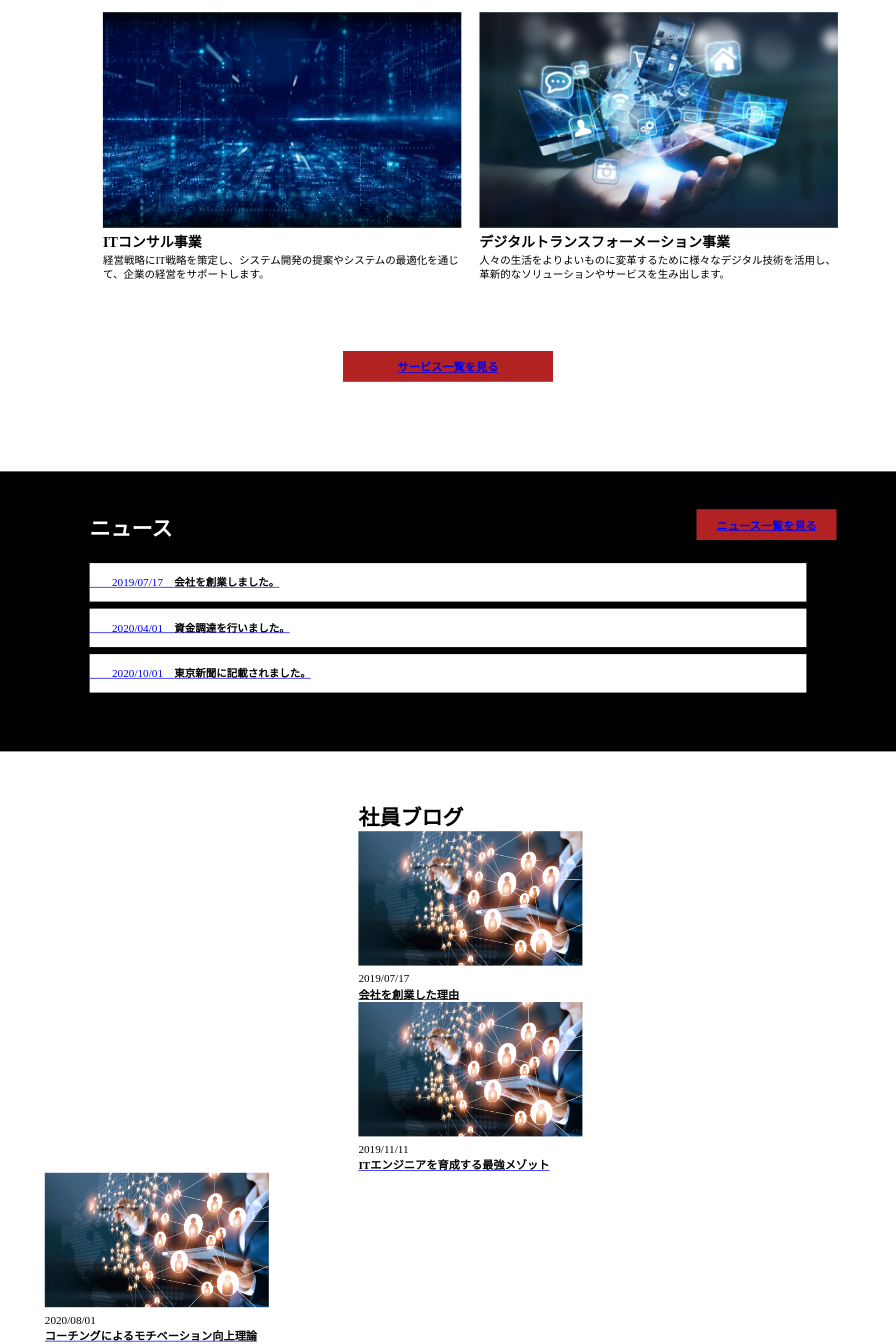
Repository: sigemasaasuka/20211012sigemasa
Page: index.html
The author's editor kept a copy of each file at every save. The page is drawn from the files as they stood at one save, then again after a run of saves.
The browser window is 1280 px wide. The pictures show the part of the page from y = 1338 to 3258 px (the page is 3258 px tall), at 70% of full size.

Above is the page before, as saved 2021-10-19 17:57:10.

### index.html
<!DOCTYPE html>
<html lang="ja">

<head>
  <meta charset="UTF-8">
  <meta name="viewport" content="width=device-width, initial-scale=1.0">
  <title>Document</title>

    <link rel="stylesheet" href="css/reset.css">
    <link rel="stylesheet" href="css/index.css">
</head>
<body>
  <header class="header">
    <div class="header-logo">
      <img class="logo" src="img/logo.png" alt="logo">
    </div>
    <nav class="header-nav">
      <ul class="header-nav-list">
        <li class="header-nav-item"><a href="index.html">ホーム</a></li>
        <li class="header-nav-item"><a href="service.html">事業内容</a></li>
        <li class="header-nav-item"><a href="news.html">ニュース</a></li>
        <li class="header-nav-item"><a href="blog.html">社員ブログ</a></li>
        <li class="header-nav-item"><a href="company.html">会社概要</a></li>
        <li class="header-nav-item"><a href="recruit.html">採用情報</a></li>
        <li class="header-nav-item"><a href="contact.html">お問い合わせ</a></li>
      </ul>
    </nav>
  </header>
  <div class="home">
  <div class="home-photo">
    <div class="home-title">
    <p>最新のテクノロジーで社会課題を解決</p>
      <div class="home-title2">
      <p>Solving　issues　with　the　latest　technology</p>
     </div>
    </div>
    </div>
    </div>
    <div class="home-color">
      <div class="hope">
        <p><br><br>株式会社TECHの想い</p>
        <div class="hope2">
          <p>あらゆる産業において、新たなデジタル技術を使ってこれまでにないビジネスモデルを展開する新規参加者が登場し、ゲームチェンジが起ころうとしています。こうした<br>中で、各企業は、競争力維持・強化のために、DXを迅速に進めていくことが求められています。しかし、DXにおいて投資コストは非常にかかります。株式会社TECHでは<br>独自のオペレーションと人材教育により、他社よりも価格を抑えた開発を行います。</p>
        </div>
      </div>
    </div>
    <div class="service">
      <p>サービス</p>
      </div>
      <div class="png1">
      <div class="service1">
        <img  src="img/service1.png"  alt="service1">
        <div class="it">
        <p>IT人材育成事業</p>
        <div class="it2">
        <p>これまでに培った教育手法を生かして、短期間で即戦力のIT人材を育成します。</p>
        </div>
      </div>
      </div>
      <div class="service2">
      <img  src="img/service2.png" alt="service2">
      <div class="coach">
        <p>コーチング事業</p>
        <div class="coach2">
          <p>目標達成を最短で実現するために、プロのコーチによるマンツーマンのサポートを実施します</p>
        </div>
      </div>
      </div>
      </div>
      <div class="png2">
      <div class="service3">
        <img src="img/service3.png" alt="service3">
        <div class="Consultant">
          <p>ITコンサル事業</p>
          <div class="Consultant2">
            <p>経営戦略にIT戦略を策定し、システム開発の提案やシステムの最適化を通じて、企業の経営をサポートします。</p>
          </div>
        </div>
      </div>
      <div class="service4">
        <img src="img/service4.png" alt="service4">
        <div class="formation">
          <p>デジタルトランスフォーメーション事業</p>
          <div class="formation2">
            <p>人々の生活をよりよいものに変革するために様々なデジタル技術を活用し、革新的なソリューションやサービスを生み出します。</p>
          </div>
        </div>
      </div>
      </div>
      <div class="list">
        <a href="service.html">サービス一覧を見る</a>
      </div>
      <div class="news">
        <div class="nesw-list">
          <div class="news-font">
          <p>ニュース</p></div>
          <div class="news-button">
            <a href="news.html">ニュース一覧を見る</a>
          </div>
        </div>
        <div class="news-info1">
          <a href="index.html">　　2019/07/17　<span class="co">会社を創業しました。</span></a></div>
          <div class="news-info2">
          <a href="index.html">　　2020/04/01　<span class="fund">資金調達を行いました。</span></a></div>
          <div class="news-info3">
          <a href="index.html">　　2020/10/01　<span class="newspaper">東京新聞に記載されました。</span></a></div>
      </div>
      <div class="blog">
        <p>社員ブログ</p>
        </div>
        <div class="reason">
        <div class="reason-png">
          <a href="index.html">
            <img src="img/blog.png" alt="blog">
          </a>
          <p class="reason1">2019/07/17</p>
          <a href="index.html"><p class="reason2">会社を創業した理由</p></a>
        </div>
        </div>
        <div class="nurturing">
        <div class="nurturing-png">
          <a href="index.html">
            <img src="img/blog.png" alt="blog">
          </a>
          <p class="nurturing1">2019/11/11</p>
          <a href="index.html">
            <p class="nurturing2">ITエンジニアを育成する最強メゾット</p>
          </a>
        </div>
      </div>
      <div class="coaching">
        <div class="coaching-png">
        <a href="index.html">
          <img src="img/blog.png" alt="blog">
        </a>
        <p class="coaching1">2020/08/01</p>
        <a href="index.html">
          <p class="coaching2">コーチングによるモチベーション向上理論</p>
        </a>
        </div>
        </div>


<script src="js/main.js"></script>
</body>
</html>

### css/reset.css
@charset "UTF-8";
html, body, div, span, applet, object, iframe,
h1, h2, h3, h4, h5, h6, p, blockquote, pre,
a, abbr, acronym, address, big, cite, code,
del, dfn, em, img, ins, kbd, q, s, samp,
small, strike, strong, sub, sup, tt, var,
b, u, i, center,
dl, dt, dd, ol, ul, li,
fieldset, form, label, legend,
table, caption, tbody, tfoot, thead, tr, th, td,
article, aside, canvas, details, embed,
figure, figcaption, footer, header, hgroup,
menu, nav, output, ruby, section, summary,
time, mark, audio, video {
margin: 0;
padding: 0;
border: none;
font-style: normal;
text-align: left;
zoom: 1;
}
article, aside, details, figcaption, figure,
footer, header, hgroup, menu, nav, section {
display: block;
}
table {
border-collapse: collapse;
font-family: inherit;
}
h1,h2,h3,h4,h5 {
font-size: 100%;
font-weight: normal;
line-height: 1;
}
input,textarea,select {
font-family: inherit;
font-size: 16px;
}
input[type="button"],input[type="text"],input[type="submit"] {
 -webkit-appearance: none;
 border-radius: 0;
}
textarea {
resize: none;
-webkit-appearance: none;
border-radius: 0;
}
th,td {
border-collapse: collapse;
}
table th,table td {
white-space: nowrap;
}
ul,ol {
list-style-type: none;
}
img {
vertical-align: text-bottom;
vertical-align: -webkit-baseline-middle;
max-width: 100%;
height: auto;
width /***/:auto;
}

### css/index.css
.logo {
  text-decoration: none;
  color: inherit;
  width: 50%;
}
.header {
  width: 100%;
  display: flex;
  justify-content: space-between;
  align-items: center;
  height: 70px;
  padding: 0 30px;
  position: fixed;
  box-sizing: border-box;
  background-color: #fff;
  color: #000;
}

.a {
  text-decoration: none;
}

.header-ttl {
  font-size: 24px;
  width: 80px;
}

.header-nav-list {
  display: flex;
  font-weight: bold;
}

.header-nav-item:not(:last-child) {
  margin-right: 30px;
}

.home-photo {
  position: relative;
  padding-top: calc(250 / 683 * 100%); /* calc(画像高さ ÷ 画像横幅 × 100%) */
  background: url(../img/mv.png) center center / cover no-repeat;
}

.home-title {
  display: flex;
  flex-direction: column;
  position: absolute;
  font-size: 50px;
  margin-left: 20%;
  top: 40%;
  font-weight: bolder;
  color: #fff;
}

.home-title2 {
  display: flex;
  position: absolute;
  font-size: 20px;
  margin-top: 45px;
  margin-left: 23%;
  top: 40%;
  font-weight: bold;
  color: #fff;
}

.home-color {
  background-color: #000;
  height: 300px;
}

.hope {
  top: 30%;
  display: flex;
  flex-direction: column;
  font-weight: bolder;
  font-size: 30px;
  margin-left: 10%;
  color: #fff;
}

.hope2 {
  display: flex;
  font-size: 15px;
  margin-top: 20px;
  font-weight: normal;
  color: #fff;
}

.service {
  margin-top: 5%;
  margin-left: 45%;
  font-size: 35px;
  font-weight: bolder;
}

.png1 {
  display: flex;
  justify-content: center;
}

.service1 {
  margin-top: 5%;
  margin-left: 5%;
  width: 40%;
}

.it {
  margin-top: 1%;
  font-size: 20px;
  font-weight: bolder;
}

.it2 {
  font-size: 15px;
  font-weight: normal;
}

.service2 {
  margin-top: 3%;
  margin-left: 2%;
  width: 40%;
}

.coach {
  margin-top: 1%;
  font-size: 20px;
  font-weight: bolder;
}

.coach2 {
  font-size: 15px;
  font-weight: normal;
}

.png2 {
  display: flex;
  justify-content: center;
}

.service3 {
  margin-top: 2%;
  margin-left: 5%;
  width: 40%;
}

.Consultant {
  margin-top: 1%;
  font-size: 20px;
  font-weight: bolder;
}

.Consultant2 {
  font-size: 15px;
  font-weight: normal;
}

.service4 {
  margin-top: 2%;
  margin-left: 2%;
  width: 40%;
}

.formation {
  margin-top: 1%;
  font-size: 20px;
  font-weight: bolder;
}

.formation2 {
  font-size: 15px;
  font-weight: normal;
}

.list {
  width: 300px;
  padding: 10px 0;
  color: #fff;
  font-weight: bold;
  background: #b22222;
  text-align: center;
  margin: 100px auto 0;
  display: block;
}

.news {
  margin-top: 10%;
  background-color: #000;
  height: 400px;
}

.nesw-list {
  margin-left: 10%;
  display: flex;
  justify-content: flex-start;
  align-items: center;
}

.news-font {
  font-weight: bold;
  font-size: 30px;
  color: #fff;
  margin-top: 5%;
}

.news-button {
  color: #fff;
  margin-top: 50px;
  margin-left: 65%;
  width: 200px;
  padding: 10px 0;
  font-weight: bold;
  background: #b22222;
  text-align: center;
  display: block;
}

.news-info1 {
  margin-top: 30px;
  margin-left: 10%;
  width: 80%;
  height: 35px;
  padding: 10px 0;
  background: #fff;
  line-height: 35px;
  display: block;
  color: #000;
}
.co {
  font-size: 15px;
  font-weight: bold;
  color: #000;
}

.news-info2 {
  margin-top: 10px;
  margin-left: 10%;
  width: 80%;
  height: 35px;
  padding: 10px 0;
  background: #fff;
  line-height: 35px;
  display: block;
  color: #000;
}
.fund {
  font-size: 15px;
  font-weight: bold;
  color: #000;
}

.news-info3 {
  margin-top: 10px;
  margin-left: 10%;
  width: 80%;
  height: 35px;
  padding: 10px 0;
  background: #fff;
  line-height: 35px;
  display: block;
  color: #000;
}
.newspaper {
  font-size: 15px;
  font-weight: bold;
  color: #000;
}

.blog {
  margin-top: 70px;
  margin-left: 40%;
  font-size: 30px;
  font-weight: bolder;
}

.reason{
  display: flex;
  justify-content: center;
}
.reason-png {
  width: 25%;
  margin-left: 5%;
}

.reason1{
  margin-top: 10px;
  color: #000;
}

.reason2 {
  font-weight: bolder;
  color: #000;
}

.nurturing{
   display: flex;
  justify-content: center;
}
.nurturing-png {
  width: 25%;
  margin-left: 5%;
}

.nurturing1 {
  margin-top: 10px;
  color: #000;
}

.nurturing2 {
  font-weight: bolder;
  color: #000;
}

.coaching

.coaching-png {
  width: 25%;
  margin-left: 5%;
}

.coaching1 {
  margin-top: 10px;
  color: #000;
}

.coaching2 {
  font-weight: bolder;
  color: #000;
}

Loaded but not shown: js/main.js (no stored copy; drawn as an empty file)

After the next 7 saves:
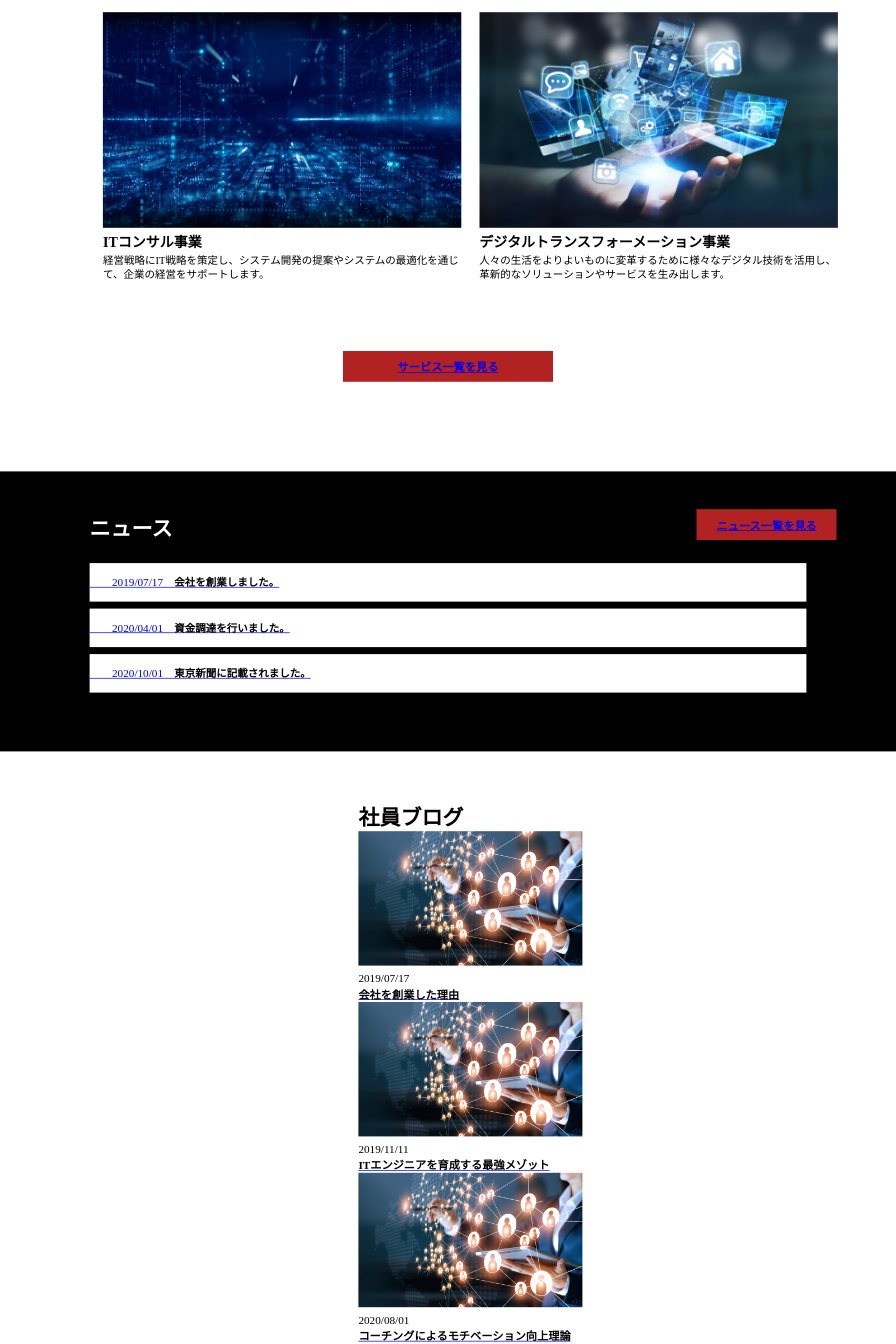
The 7 saves are shown as one change because they came seconds apart.
The last was saved 13 s later.
--- a/css/index.css
+++ b/css/index.css
@@ -271,7 +271,7 @@
   font-weight: bolder;
 }
 
-.reason{
+.reason {
   display: flex;
   justify-content: center;
 }
@@ -280,7 +280,7 @@
   margin-left: 5%;
 }
 
-.reason1{
+.reason1 {
   margin-top: 10px;
   color: #000;
 }
@@ -290,8 +290,8 @@
   color: #000;
 }
 
-.nurturing{
-   display: flex;
+.nurturing {
+  display: flex;
   justify-content: center;
 }
 .nurturing-png {
@@ -309,7 +309,10 @@
   color: #000;
 }
 
-.coaching
+.coaching {
+  display: flex;
+  justify-content: center;
+}
 
 .coaching-png {
   width: 25%;
